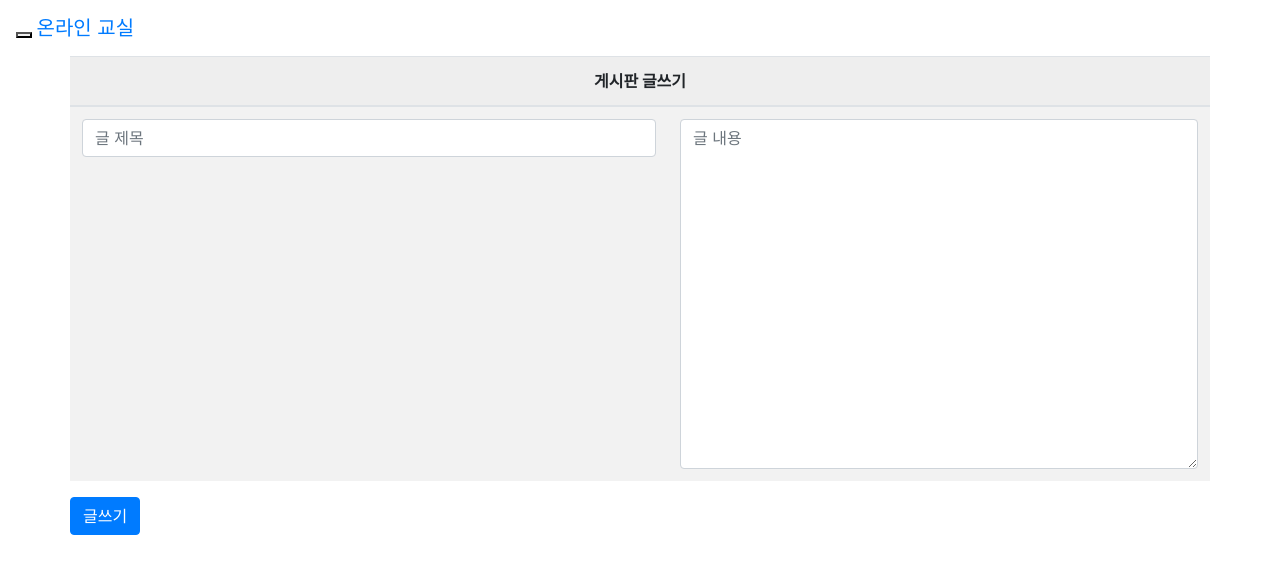
Repository: Munro-L/I-spy-oT__cuHacking-2019
Page: http://localhost/BBS/write.jsp
These files come from the project's save history. The page is drawn as it stood at one moment and after the next save; the edit follows.
The browser window is 1280 px wide. The pictures show the whole page.
The page is served by Tomcat 9. Other server files are loaded and not shown.

Above is the page before, as saved 2019-02-02 04:19:30.

### BBS-master/projects/BBS/WebContent/write.jsp
<%@ page language="java" contentType="text/html; charset=UTF-8"
    pageEncoding="UTF-8"%>
<%@ page import = "java.io.PrintWriter" %>
<!DOCTYPE html>
<html>
	<head>
		<meta http-equiv="Content-Type" content="text/html; charset=UTF-8">
		<meta name="viewport" content="width=device-width" initial-scale="1">
		<link rel="stylesheet" href="css/bootstrap.css">
		<title>온라인 교실</title>
	</head>
	<body>
		<%
			String userID = null;
			if(session.getAttribute("userID")!=null){
				userID = (String) session.getAttribute("userID");
			}

		%>
		<nav class="navbar navbar-default">
			<div class="navbar-header">
				<button type="button" class="navbar-toggle collapsed"
					data-toggle="collapse" data-target="#bs-example-navbar-collapse-1"
					aria-expanded="false">
					<span class="icon-bar"></span>
					<span class="icon-bar"></span>
					<span class="icon-bar"></span>
				</button>
				<a class="navbar-brand" href="main.jsp">온라인 교실</a>
			</div>
			<div class="collapse navbar-collapse" id="bs-example-navbar-collapse-1">
				<ul class="nav navbar-nav">
					<li><a href="main.jsp">메인</a></li>
					<li class="active"><a href="bbs.jsp">게시판</a></li>
				</ul>
				<%
					if(userID==null){
				%>
				<ul class="nav navbar-nav navbar-right">
					<li class="dropdown">
						<a href="#" class="dropdown-toggle"
							data-toggle="dropdown" role="button" aria-haspopup="true"
							aria-expanded="false">접속하기<span class="caret"></span></a>
						<ul class="dropdown-menu">
							<li><a href="login.jsp">로그인</a></li>
							<li><a href="join.jsp">회원가입</a></li>
						</ul>
					</li>
				</ul>
				<%
					}else{
				%>
				<ul class="nav navbar-nav navbar-right">
					<li class="dropdown">
						<a href="#" class="dropdown-toggle"
							data-toggle="dropdown" role="button" aria-haspopup="true"
							aria-expanded="false">회원관리<span class="caret"></span></a>
						<ul class="dropdown-menu">
							<li><a href="logoutAction.jsp">로그아웃</a></li>
						</ul>
					</li>
				</ul>
				<%
					}
				%>

			</div>
		</nav>

		<div class="container">
			<div class="row">
				<table class="table table-striped">
					<thead>
						<tr>
							<th colspan="2" style="background-color:#eeeeee; text-align: center;">게시판 글쓰기</th>
						</tr>
					</thead>
					<tbody>
						<tr>
							<td><input type="text" class="form-control" placeholder="글 제목" name="bbsTitle" maxlength="50"></td>
							<td><textarea type="text" class="form-control" placeholder="글 내용" name="bbsContent" maxlength="2048" style="height:350px"></textarea></td>

						</tr>
					</tbody>
				</table>
				<a href="write.jsp" class="btn btn-primary pull-right">글쓰기</a>
			</div>
		</div>
	</body>
</html>

Loaded but not shown: BBS-master/projects/BBS/WebContent/css/bootstrap.css (library)

After the next save:
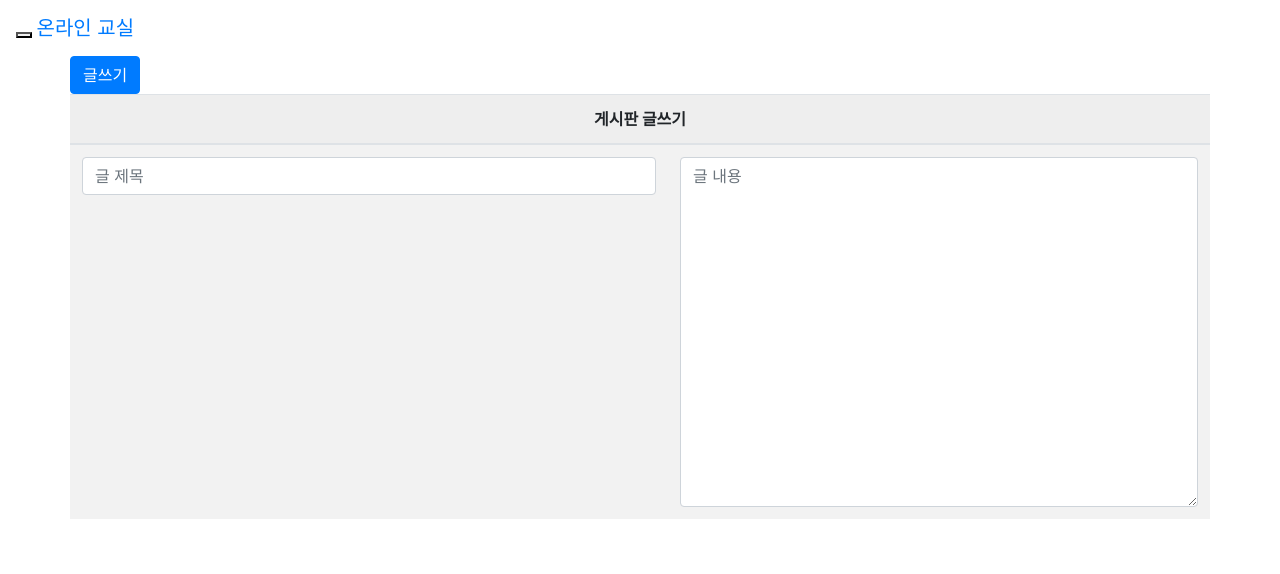
Saved 61 s later.
--- a/BBS-master/projects/BBS/WebContent/write.jsp
+++ b/BBS-master/projects/BBS/WebContent/write.jsp
@@ -81,9 +81,9 @@
 							<td><textarea type="text" class="form-control" placeholder="글 내용" name="bbsContent" maxlength="2048" style="height:350px"></textarea></td>
 
 						</tr>
+						<input type="submit" class="btn btn-primary pull-right" value="글쓰기">
 					</tbody>
 				</table>
-				<a href="write.jsp" class="btn btn-primary pull-right">글쓰기</a>
 			</div>
 		</div>
 	</body>

After the 4 saves that followed:
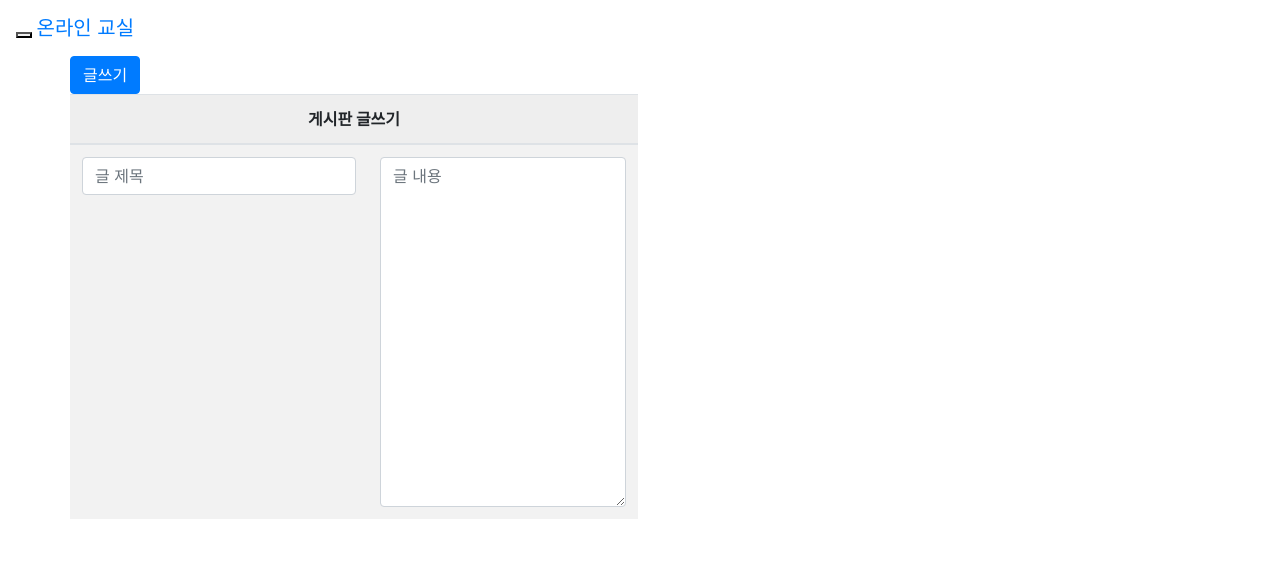
The 4 saves are shown as one change because 3 left the picture as it was.
The last was saved 108 s later.
--- a/BBS-master/projects/BBS/WebContent/write.jsp
+++ b/BBS-master/projects/BBS/WebContent/write.jsp
@@ -69,6 +69,7 @@
 
 		<div class="container">
 			<div class="row">
+				<form>
 				<table class="table table-striped">
 					<thead>
 						<tr>
@@ -79,11 +80,11 @@
 						<tr>
 							<td><input type="text" class="form-control" placeholder="글 제목" name="bbsTitle" maxlength="50"></td>
 							<td><textarea type="text" class="form-control" placeholder="글 내용" name="bbsContent" maxlength="2048" style="height:350px"></textarea></td>
-
 						</tr>
+					</tbody>
 						<input type="submit" class="btn btn-primary pull-right" value="글쓰기">
-					</tbody>
 				</table>
+				</form>
 			</div>
 		</div>
 	</body>
